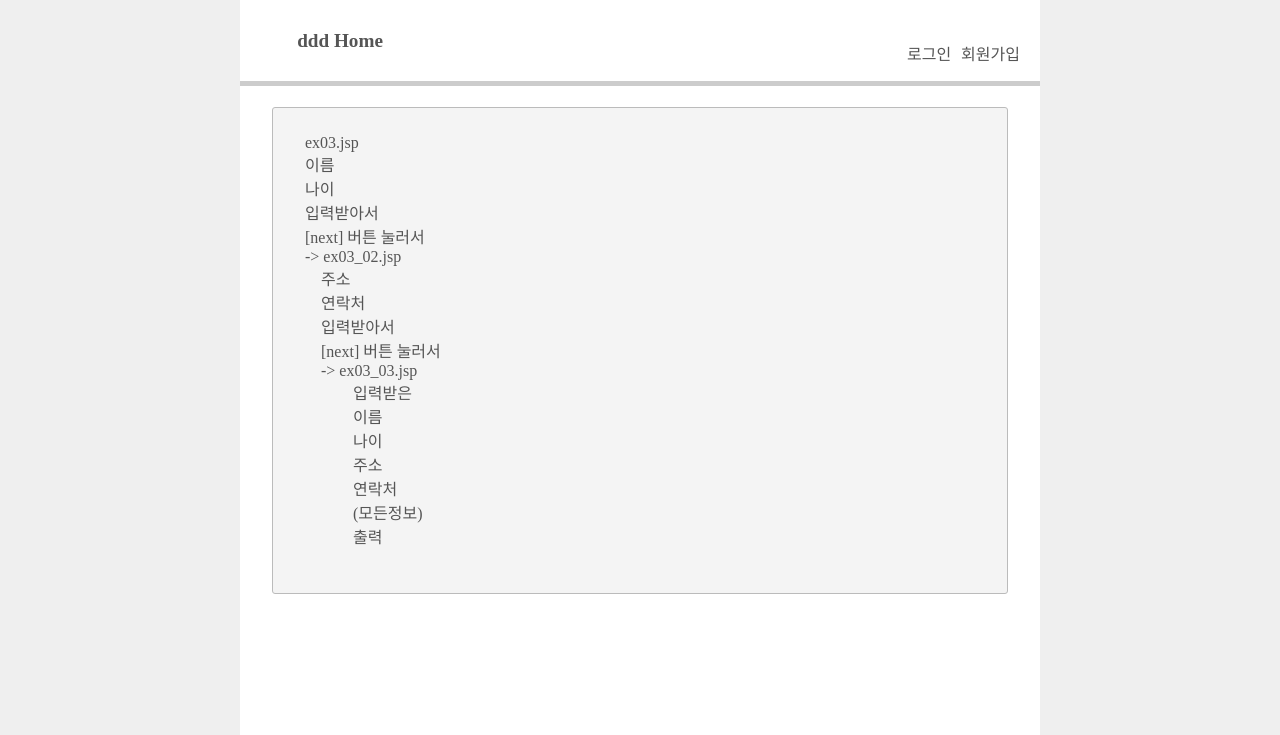
Repository: Deneb0000/JSP
Page: http://localhost/jspPro/days04/ex03_02.jsp
The author's editor kept a copy of each file at every save. The page is drawn from the files as they stood at one save, then again after the next save.
The browser window is 1280 px wide. The pictures show the whole page.
Some web fonts or font styles are not loaded; a fallback is used. The page is served by Tomcat 9. Other server files are loaded and not shown.

Above is the page before, as saved 2024-10-18 06:04:46.

### jspPro/src/main/webapp/days04/ex03_02.jsp
<%@ page contentType="text/html; charset=UTF-8" pageEncoding="UTF-8"%>
<%@ taglib prefix="c" uri="http://java.sun.com/jsp/jstl/core" %>
<!DOCTYPE html>
<html>
<head>
<meta charset="UTF-8">
<title>Insert title here</title>
<link rel="shortcut icon" type="image/x-icon" href="http://localhost/jspPro/images/SiSt.ico">
<script src="https://ajax.googleapis.com/ajax/libs/jquery/3.7.1/jquery.min.js"></script>
<meta name="viewport" content="width=device-width, initial-scale=1.0">
<meta name="google" content="notranslate">
<link rel="stylesheet" href="http://localhost/jspPro/resources/cdn-main/example.css">
<script src="http://localhost/jspPro/resources/cdn-main/example.js"></script>
<style>
 span.material-symbols-outlined{
    vertical-align: text-bottom;
 }
</style>
</head>
<body>
<header>
  <h1 class="main"><a href="#" style="position: absolute;top:30px;">ddd Home</a></h1>
  <ul>
    <li><a href="#">로그인</a></li>
    <li><a href="#">회원가입</a></li>
  </ul>
</header>
<div>
  <xmp class="code">
    ex03.jsp
    이름
    나이
    입력받아서
    [next] 버튼 눌러서
    -> ex03_02.jsp
    	주소
    	연락처
    	입력받아서
    	[next] 버튼 눌러서
    	-> ex03_03.jsp
    		입력받은
    		이름
    		나이
    		주소
    		연락처
    		(모든정보)
    		출력

  </xmp>
</div>
</body>
</html>

### jspPro/src/main/webapp/resources/cdn-main/example.css
@charset "UTF-8";

@import url('https://fonts.googleapis.com/css2?family=Material+Symbols+Outlined:opsz,wght,FILL,GRAD@20..48,100..700,0..1,-50..200');

@font-face {
    font-family: 'GmarketSansMedium';
    src: url('https://cdn.jsdelivr.net/gh/projectnoonnu/noonfonts_2001@1.1/GmarketSansMedium.woff') format('woff');
    font-weight: normal;
    font-style: normal;
}

:root {
	--text-color: #555;
	--sub-text-color: #777;
	--back-color: #EFEFEF;
	--header-color: #444;
	--primary-color: #DEDEDE;
	--secondary-color: #EFEFEF;
	--default-width: 800px;
	--narrow-width: 500px;
	--wide-width: 1200px;
	--text-font: 'GmarketSansMedium';
	--icon-font: 'Material Symbols Outlined';
	--border-color: #CCC;
}

html, body {
	margin: 0;
	padding: 0;
}

html {
	background-color: var(--back-color);
	display: flex;
	justify-content: center;
	min-height: 100vh;
}

body, body.default {
	width: var(--default-width);
	background-color: white;
	padding-bottom: 120px;
}

body.wide {
	width: var(--wide-width);
}

body.narrow {
	width: var(--narrow-width);
}



body, p, div, span, a, input, select, option, textarea, button, table, th, td, label, fieldset, legend {
	font-family: var(--text-font);
	color: var(--text-color);
}

h1, h2, h3 {
	font-family: var(--text-font);
	color: var(--header-color);
	padding: 0 1rem;
	padding-top: .5rem;
}

div > h1, div > h2, div > h3 {
	padding: 0;
}

body > div, body > main > div {
	padding: 0.3rem 1rem;
}


h1 { font-size: 2rem; border-bottom: 1px solid var(--border-color); }
h1 small { font-size: 1.2rem; color: var(--sub-text-color); }
h2 { font-size: 1.5rem; border-bottom: 1px dashed var(--border-color); }
h2 small { font-size: 1.1rem; color: --sub-text-color; }
h3 { font-size: 1.2rem; }
h3 small { font-size: 1rem; color: --sub-text-color; }



h1.main::before {
	font-family: var(--icon-font);
  	content: '\e666';
  	margin-right: 10px;
  	float: left;
	font-size: 2.5rem;
}

h1.sub::before {
	font-family: var(--icon-font);
  	content: '\ea19';
  	margin-right: 10px;
  	float: left;
	font-size: 2.5rem;
}


h1.page::before {
	font-family: var(--icon-font);
  	content: '\e0e0';
  	margin-right: 10px;
  	float: left;
	font-size: 2.5rem;
}

body > header > ul > li > .active{
	background-color: #FFF;
	color:#F00;
}

body > header {
	display: flex;
	justify-content: space-between;
	border-bottom: 5px solid var(--border-color);
	min-height: 74px;
	background-color: #FFF;
}

body > header.sticky {
	position: sticky;
	top: 0;
	z-index: 98;
}

body > header > h1 {
	font-size: 1.2rem;
	border: 0;
}

body > header.in > h1::before {
	font-family: var(--icon-font);
  	content: '\e332‥';
  	margin-right: 3px;
  	float: left;
	font-size: 2rem;
}


body > header > ul {
	list-style-type: none;
	display: flex;
	align-items: flex-end;
	margin-right: 10px;
}

body > header > ul > li {
	margin-right: 10px;
	cursor: pointer;
}

body > header > ul > li > a {
	cursor: pointer;
}


form {
	display: block;
}

form > div {
	padding: 0.3rem 1rem;
}

div > form > div {
	padding: 0.3rem 0;
}

input, textarea, button, select {
	border: 1px solid #BBB;
	border-radius: 3px;
	outline: none;
	resize: none;
	padding: 7px;
	margin: 0;
}

input[type=text]:read-only, textarea:read-only {
	cursor: not-allowed;
	background-color: #FFF;
}

input[type=text]:disabled, textarea:disabled {
	cursor: not-allowed;
	background-color: #EEE;
}

input[type=text], input[type=password], textarea, button, select {
	/* width: 300px; */
}

textarea {
	display: block;
	height: 100px;
}

input[type=button], input[type=submit], button {
	/* width: inherit; */
}

input.short, textarea.short, button.short, select.short {
	width: 100px;
}

input.long, textarea.long, button.long, select.long {
	width: 350px;
}

.narrow input.long, .narrow textarea.long, .narrow button.long, .narrow select.long {
	width: calc(100% - 20px);
}

input.full, textarea.full, button.full, select.full {
	width: calc(100% - 20px);
}

textarea.short {
	height: 50px;
}

textarea.long {
	height: 100px;
}

textarea.full {
	height: 200px;
}

input, textarea {
	padding-top: 8px;
}

input[type=button], input[type=submit], button {
	padding: 5px 10px;
	background-color: var(--secondary-color);
	cursor: pointer;
	min-height: 36px;
}

input[type=button].primary, input[type=submit].primary, button.primary {
	/* background-color: rgba(100, 149, 237, .2); */
	background-color: var(--primary-color);
}

input[type=button].primary:hover, input[type=submit].primary:hover, button.primary:hover {
	/* background-color: rgba(100, 149, 237, .3); */
	background-color: var(--secondary-color);
}

input[type=button]:hover, input[type=submit]:hover, button:hover {
	background-color: var(--primary-color);
}

button {
	position: relative;
	left: 0;
	top: 0;
	padding-left: 35px;
}

button .material-symbols-outlined {
	position: absolute;
	left: 10px;
	top: 4px;
}

/* k2nik add */
button.login::before {
	font-family: var(--icon-font);
  	content: '\ea77';
	position: absolute;
	left: 11px;
	top: 4px;
	font-size: 1.25rem;
}

/* k2nik logout */
button.logout::before {
	font-family: var(--icon-font);
  	content: '\e9ba';
	position: absolute;
	left: 11px;
	top: 4px;
	font-size: 1.25rem;
}

/* k2nik help */
button.help::before {
	font-family: var(--icon-font);
  	content: '\f1c0';
	position: absolute;
	left: 11px;
	top: 4px;
	font-size: 1.25rem;
}

button.add::before{
	font-family: var(--icon-font);
  	content: '\e746';
	position: absolute;
	left: 11px;
	top: 4px;
	font-size: 1.25rem;
}

button.back::before {
	font-family: var(--icon-font);
  	content: '\e166';
	position: absolute;
	left: 11px;
	top: 4px;
	font-size: 1.25rem;
}

button.list::before {
	font-family: var(--icon-font);
  	content: '\e0ee';
	position: absolute;
	left: 11px;
	top: 4px;
	font-size: 1.25rem;
}


button.del::before {
	font-family: var(--icon-font);
  	content: '\e872';
	position: absolute;
	left: 11px;
	top: 4px;
	font-size: 1.25rem;
}


button.edit::before {
	font-family: var(--icon-font);
  	content: '\e745';
	position: absolute;
	left: 11px;
	top: 4px;
	font-size: 1.25rem;
}


button.login::before {
	font-family: var(--icon-font);
  	content: '\ea77';
	position: absolute;
	left: 11px;
	top: 4px;
	font-size: 1.25rem;
}


button.logout::before {
	font-family: var(--icon-font);
  	content: '\e9ba';
	position: absolute;
	left: 11px;
	top: 4px;
	font-size: 1.25rem;
}


button.in::before {
	font-family: var(--icon-font);
  	content: '\f71a';
	position: absolute;
	left: 11px;
	top: 4px;
	font-size: 1.25rem;
}


button.out::before {
	font-family: var(--icon-font);
  	content: '\f70e';
	position: absolute;
	left: 11px;
	top: 4px;
	font-size: 1.25rem;
}


button.reply::before {
	font-family: var(--icon-font);
  	content: '\e15e';
	position: absolute;
	left: 11px;
	top: 4px;
	font-size: 1.25rem;
}


button.comment::before {
	font-family: var(--icon-font);
  	content: '\e0b9';
	position: absolute;
	left: 11px;
	top: 4px;
	font-size: 1.25rem;
}


button.modal::before {
	font-family: var(--icon-font);
  	content: '\e89e';
	position: absolute;
	left: 11px;
	top: 4px;
	font-size: 1.25rem;
}


button.ok::before {
	font-family: var(--icon-font);
  	content: '\e86c';
	position: absolute;
	left: 11px;
	top: 4px;
	font-size: 1.25rem;
}


button.cancel::before {
	font-family: var(--icon-font);
  	content: '\e5c9';
	position: absolute;
	left: 11px;
	top: 4px;
	font-size: 1.25rem;
}

button.search::before {
	font-family: var(--icon-font);
  	content: '\e8b6';
	position: absolute;
	left: 11px;
	top: 4px;
	font-size: 1.25rem;
}

button.home::before {
	font-family: var(--icon-font);
  	content: '\e88a';
	position: absolute;
	left: 11px;
	top: 4px;
	font-size: 1.25rem;
}


button.sidebar::before {
	font-family: var(--icon-font);
  	content: '\f7e4';
	position: absolute;
	left: 11px;
	top: 4px;
	font-size: 1.25rem;
}


button.sidebar-right::before {
	font-family: var(--icon-font);
  	content: '\f7e5';
	position: absolute;
	left: 11px;
	top: 4px;
	font-size: 1.25rem;
}




button::before {
	font-family: var(--icon-font);
  	content: '\e323';
	position: absolute;
	left: 11px;
	top: 4px;
	font-size: 1.25rem;
}


table {
	border-collapse: collapse;
	margin: 1rem;
	box-sizing: border-box;
	width: calc(100% - 32px);
}

table.content {
	width: auto;
}

div > table {
	margin: 0;
}

table th, table td {
	border: 1px solid var(--border-color);
	padding: 7px;
	font-weight: normal;
}

table th {
	background-color: var(--back-color);
}

table.vertical th {
	width: 150px;
}

table.vertical td {
	width: calc(100% - 182px);
	padding-left: 10px;
}

table.content td, table.content th {
	width: auto;
}

body.narrow table.vertical th {
	width: 100px;
}

body.narrow table.vertical td {
	width: calc(100% - 182px);
}


table + table {
	margin-top: 30px;
}


p {
	padding: 0 1rem;
}

a {
	text-decoration: none;
}

a:hover {
	color: rgba(255, 99, 71, .7);
}

hr {
	border: 0;
	border-top: 1px solid var(--border-color);
	margin: 2rem 0;
}

.message {
	border: 1px solid var(--border-color);
	background-color: #EFEFEF;
	margin: 1rem;
	width: auto;
	padding-top: 10px;
	padding-bottom: 10px;
	font-size: 14px;
}

.message[title]::before {
	content: attr(title);
	display: block;
	border-bottom: 1px solid var(--border-color);
	padding-bottom: 5px;
	margin-bottom: 10px;
	margin-top: 7px;
}

.message.short {
	max-width: 250px;
}

.message.long {
	max-width: 500px;
}

.badge {
	float: right;
	font-size: .8rem;
	margin-top: 2px;
	margin-right: 2px;
	text-shadow: 0 0 7px gray;
}

.badge.left {
	float: none;
	margin-left: 2px;
}

.badge.right {
	float: right;
}

.badge.red {
	border-radius: 50%;
	padding: 2px 5px;
	background-color: rgb(255, 99, 71, .3);
}

.badge.yellow {

	border-radius: 50%;
	padding: 2px 5px;
	background-color: rgb(255, 215, 0, .5);
}

.badge.blue {
	border-radius: 50%;
	padding: 2px 5px;
	background-color: rgb(100, 149, 237, .3);
}

label + label {
	margin-left: 7px;
}

label input[type=checkbox], label input[type=radio] {
	transform: translate(0, 1px);
}

.group {
	display: flex;
}

.modal-content .group {
	margin-bottom: .5rem;
}

.group label {
	border: 1px solid #BBB;
	border-radius: 3px;
	outline: none;
	resize: none;
	padding: 7px 14px;
	margin: 0;
	border-top-right-radius: 0;
	border-bottom-right-radius: 0;
	background-color: #EFEFEF;
	white-space: nowrap;
	font-size: 14px;
}

.group input[type=text] {
	margin-left: -1px;
	border-top-left-radius: 0;
	border-bottom-left-radius: 0;
}

.group select {
	margin-left: -1px;
	border-top-left-radius: 0;
	border-bottom-left-radius: 0;
}

.group input.full[type=text] {
	margin-left: -1px;
	border-top-left-radius: 0;
	border-bottom-left-radius: 0;
	width: 100%;
}

.group input[type=button]:first-child, .group button:first-child {
	border-top-left-radius: 3px;
	border-bottom-left-radius: 3px;
	margin-left: 0px;
}

.group input[type=button], .group button {
	border-radius: 0;
	margin-left: -1px;
}

.group input[type=button]:last-child, .group button:last-child {
	margin-left: -1px;
	border-top-right-radius: 3px;
	border-bottom-right-radius: 3px;
}

.seperate {
	display: flex;
	justify-content: space-between;
}

div.list {
	width: max-content;
	margin: 1rem;
	border: 1px solid #BBB;
	border-radius: 3px;
	padding: 0;
}

div.list.full {
	width: auto;
	display: block;
	margin: 1rem;
	border: 1px solid #BBB;
	border-radius: 3px;
	padding: 0;
}

div.list > div {
	padding: .5rem 1rem;
	margin: 0;
	border-bottom: 1px solid #BBB;
}

div.list > div:last-child {
	border-bottom: 0;
}

pre.code , xmp.code{
	font-family: consols;
	background-color: rgba(150, 150, 150, .1);
	border: 1px solid #BBB;
	border-radius: 3px;
	padding: .5rem 1rem;
	padding-bottom: .6rem;
	margin: 1rem;
}




*[data-modal-window] {
	position: fixed;
	background-color: rgba(0, 0, 0, .3);
	left: 0;
	top: 0;
	display: none;
	justify-content: center;
	align-items: flex-start;
	width: 100%;
	min-height: 100vh;
	z-index: 100;
	opacity: 0;
	transition: 500ms all;
}

*[data-modal-window] .modal-container {
	border-radius: 5px;
	padding: 1rem;
	padding-bottom: .5rem;
	margin-top: -500px;
	opacity: 0;
	width: 500px;
	background-color: #FFF;
	margin-right: 2rem;
	transition: 500ms all;
}

*[data-modal-size=content] .modal-container {
	width: auto;
}

*[data-modal-size=narrow] .modal-container {
	width: 300px;
}

*[data-modal-size=wide] .modal-container {
	width: 760px;
}


*[data-modal-window] .modal-header {
	border-bottom: 1px solid var(--border-color);
	padding: 2px 5px;
}

*[data-modal-window] .modal-content {
	padding: 1rem 5px;
}

*[data-modal-window] .modal-content div:last-child {
	margin-top: 1rem;
	text-align: right;
}



*[data-sidebar-window] {
	position: fixed;
	background-color: #FFF;
	left: 0;
	top: 0;
	display: block;
	width: 300px;
	border-right: 1px solid var(--border-color);
	box-sizing: border-box;
	box-shadow: 0 0 3px var(--back-color);
	min-height: 100vh;
	z-index: 99;
	transform: translate(-300px, 0);
	transition-duration: 500ms;
	transition-property: transform;
}

*[data-sidebar-direction=right] {
	left: auto;
	right: 0;
	transform: translate(300px, 0);
	border-left: 1px solid var(--border-color);
}

*[data-sidebar-size=wide] {
	width: 500px;
	transform: translate(-500px, 0);
}

*[data-sidebar-window] .sidebar-title {
	border-bottom: 1px solid var(--border-color);
	margin-top: 20px;
	margin-bottom: 20px;
	padding-bottom: 5px;
	display: flex;
	justify-content: space-between;
}

*[data-sidebar-window] .sidebar-title span:last-child {
	cursor: pointer;
}


/* K2Nik pagination */
.center {
  text-align: center;
}

.pagination {
  display: inline-block;
}

.pagination a {
  color: black;
  float: left;
  padding: 3px 6px;
  text-decoration: none;
  transition: background-color .3s;
  border: 1px solid #ddd;
  margin: 0 3px;
}

.pagination a.active {
  background-color: #4CAF50;
  color: white;
  border: 1px solid #4CAF50;
}

.pagination a:hover:not(.active) {background-color: #ddd;}

### jspPro/src/main/webapp/resources/cdn-main/example.js

window.onload = () => {

    const list = document.querySelectorAll('input, textarea');

    list.forEach(item => {
        item.setAttribute('autocomplete', 'off');
    });


    const modal_btn_list = document.querySelectorAll('*[data-modal-button]');

    modal_btn_list.forEach(item => {
        item.onclick = function() {

            const name = this.dataset['modalButton'];
            const modal_window = document.querySelector('*[data-modal-window=' + name);

            const container = document.createElement('div');
            container.className = 'modal-container';



            const modal_header = document.createElement('div');
            modal_header.textContent = modal_window.dataset['modalTitle'];
            modal_header.className = 'modal-header';
            container.appendChild(modal_header);

            const modal_content = document.createElement('div');
            modal_content.className = 'modal-content';
            container.appendChild(modal_content);

            Array.from(modal_window.childNodes).forEach(item => {
                modal_content.appendChild(item);
            });

            modal_window.appendChild(container);

            modal_window.style.display = 'flex';

            setTimeout(() => {
                modal_window.style.opacity = 1;
                container.style.marginTop = '20px';
                container.style.opacity = 1;
            }, 50);


            const modal_ok = document.querySelector('*[data-modal-ok=' + name);
            modal_ok.addEventListener('click', function() {
                modal_window.style.opacity = 0;
                container.style.marginTop = '-500px';
                container.style.opacity = 0;

                setTimeout(() => {
                    modal_window.innerHTML = modal_content.innerHTML;
                    modal_window.style.display = 'none';
                }, 500);

            });

            const modal_cancel = document.querySelector('*[data-modal-cancel=' + name);
            modal_cancel.addEventListener('click', function() {

                modal_window.style.opacity = 0;
                container.style.marginTop = '-500px';
                container.style.opacity = 0;

                setTimeout(() => {
                    modal_window.innerHTML = modal_content.innerHTML;
                    modal_window.style.display = 'none';
                }, 500);
            });


        };
    });


    const sidebar_btn_list = document.querySelectorAll('*[data-sidebar-button]');

    sidebar_btn_list.forEach(item => {
        item.onclick = function() {



            const name = this.dataset['sidebarButton'];
            const sidebar_window = document.querySelector('*[data-sidebar-window=' + name);

            if (sidebar_window.style.transform == 'translate(0px, 0px)') return;



            sidebar_window.style.transform = 'translate(0, 0)';

            const sidebar_title = document.createElement('div');
            sidebar_title.className = 'sidebar-title';
            sidebar_title.innerHTML = '<span>' + sidebar_window.dataset['sidebarTitle'] + '</span><span class="material-symbols-outlined">close</span>';

            sidebar_title.children[1].onclick = function() {

                let sign = 1;
                let distance = 300;

                if (sidebar_window.dataset['sidebarDirection'] != 'right') {
                    sign = -1;
                } else {
                    sign = 1;
                }

                if (sidebar_window.dataset['sidebarSize'] != 'wide') {
                    distance = 300;
                } else {
                    distance = 500;
                }

                distance *= sign;

                sidebar_window.style.transform = 'translate(' + distance + 'px, 0)';

                setTimeout(function() {
                    sidebar_window.removeChild(sidebar_window.children[0]);
                }, 500);
            };


            sidebar_window.prepend(sidebar_title);

        }
    });

};

// window.onkeydown = function(event) {

//     if (event.keyCode == 27) {
//         if (document.querySelector('[data-modal-window').style.display == 'flex') {
//             document.querySelector('[data-modal-window').style.display = 'none';
//         }
//     }

// };

After the next save:
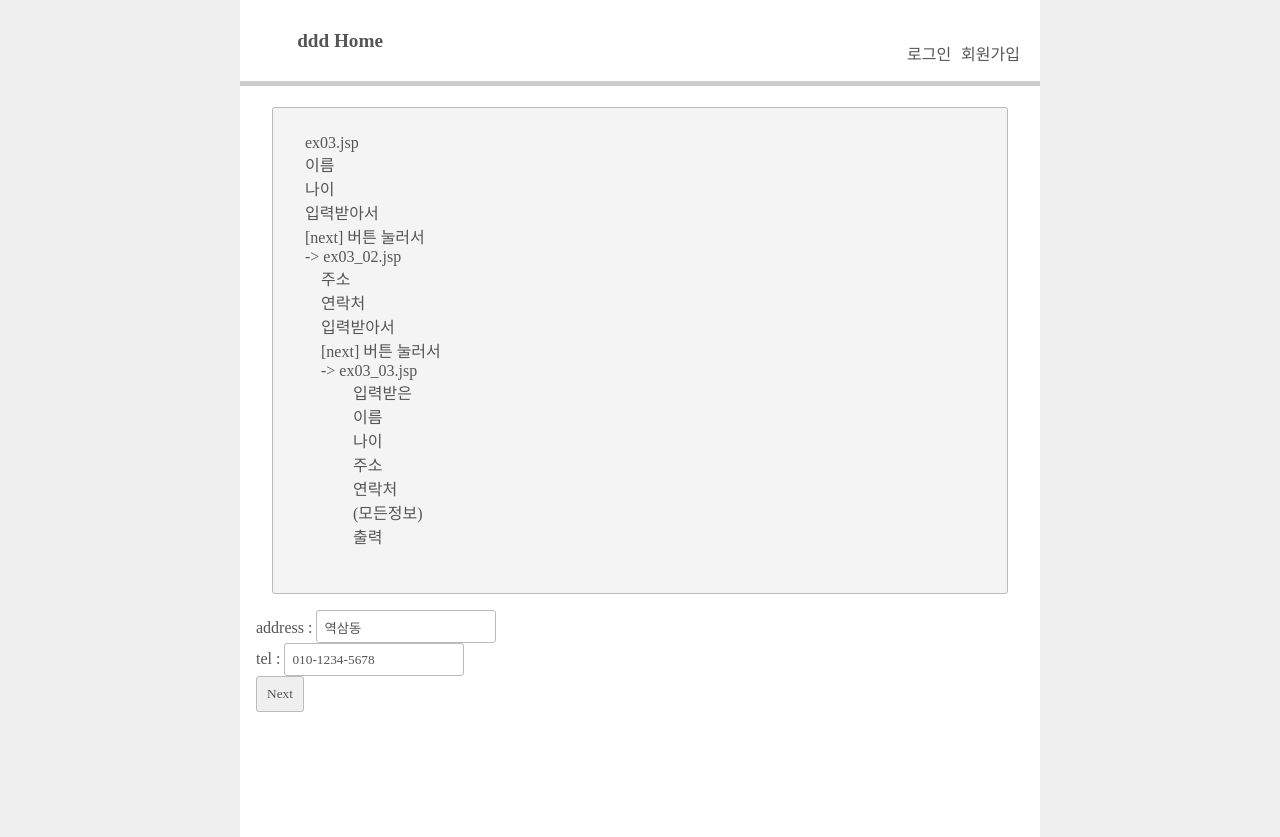
Saved 46 s later.
--- a/jspPro/src/main/webapp/days04/ex03_02.jsp
+++ b/jspPro/src/main/webapp/days04/ex03_02.jsp
@@ -47,6 +47,13 @@
     		출력
 
   </xmp>
+
+  <form action="ex03_03.jsp">
+  address : <input type="text" name="address" value="역삼동" /> <br />
+  tel : <input type="text" name="tel" value="010-1234-5678" /> <br />
+  <input type="submit" value="Next" />
+  </form>
+
 </div>
 </body>
 </html>
